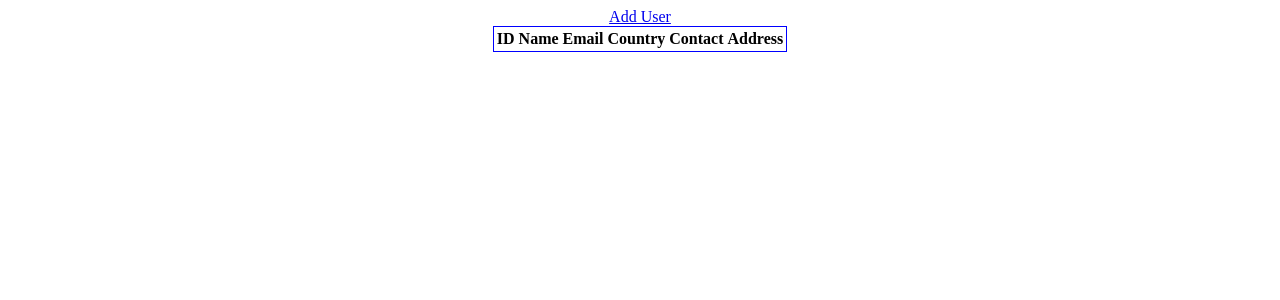
Repository: touhid-jisan/jsp-jdbc-servlet
Page: http://localhost/crud-full-practice/home.jsp
These files come from the project's save history. The page is drawn as it stood at one moment and after the next save; the edit follows.
The browser window is 1280 px wide. The pictures show the whole page.
The page is served by Tomcat 9. Other server files are loaded and not shown. Queries for data that is not in the repository find no rows.

Above is the page before, as saved 2019-12-29 08:08:56.

### crud-full-practice/WebContent/home.jsp
<%@ page language="java" contentType="text/html; charset=ISO-8859-1"
	pageEncoding="ISO-8859-1"%>
<%@ page
	import="com.iclique.crudfull.model.*,com.iclique.crudfull.userDAO.*, java.util.*"%>
<%@ taglib uri="http://java.sun.com/jsp/jstl/core" prefix="c"%>
<!DOCTYPE html>
<html>
<head>
<meta charset="ISO-8859-1">
<title>Insert title here</title>
</head>
<body>
	<%
		List<User> allUserData = UserDAO.showAllUser();
		request.setAttribute("showAllUsers", allUserData);
	%>
	<div align="center">
		<a href="add-user.jsp">Add User</a> <br>

	</div>
	<div align="center">
	<table style="border: 1px solid blue" >
		<tr>
			<th>ID</th>
			<th>Name</th>
			<th>Email</th>
			<th>Country</th>
			<th>Contact</th>
			<th>Address</th>
		</tr>
		<c:forEach var="user" items="${showAllUsers}">
			<tr>
				<td><c:out value="${user.getId()}"></c:out></td>
				<td><c:out value="${user.getName()}"></c:out></td>
				<td><c:out value="${user.getEmail()}"></c:out></td>
				<td><c:out value="${user.getCountry()}"></c:out></td>
				<td><c:out value="${user.getContact()}"></c:out></td>
				<td><c:out value="${user.getAddress()}"></c:out></td>
				<td><a href="HomeServlet?action=getuser&id=<c:out value='${user.getId()}'></c:out>">Edit</a>
				<a href="HomeServlet?action=delete&id=<c:out value='${user.getId()}'></c:out>">Delete</a></td>
			</tr>
		</c:forEach>
	</table>
	</div>
</body>
</html>

After the next save:
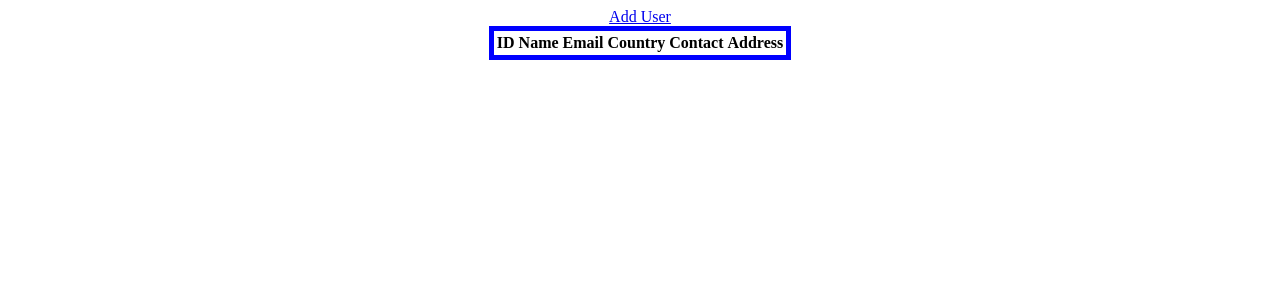
Saved 88 min 2 s later.
--- a/crud-full-practice/WebContent/home.jsp
+++ b/crud-full-practice/WebContent/home.jsp
@@ -19,7 +19,7 @@
 
 	</div>
 	<div align="center">
-	<table style="border: 1px solid blue" >
+	<table style="border: 5px solid blue" >
 		<tr>
 			<th>ID</th>
 			<th>Name</th>

After the save that followed:
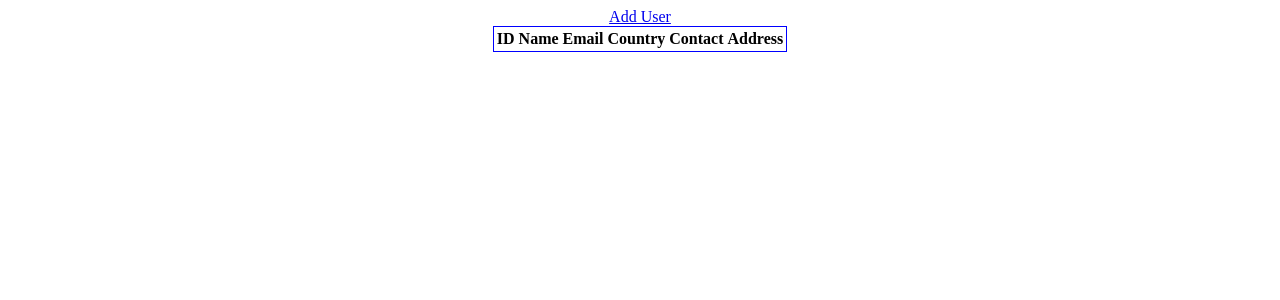
Saved 15 s later.
--- a/crud-full-practice/WebContent/home.jsp
+++ b/crud-full-practice/WebContent/home.jsp
@@ -19,7 +19,7 @@
 
 	</div>
 	<div align="center">
-	<table style="border: 5px solid blue" >
+	<table style="border: 1px solid blue" >
 		<tr>
 			<th>ID</th>
 			<th>Name</th>
